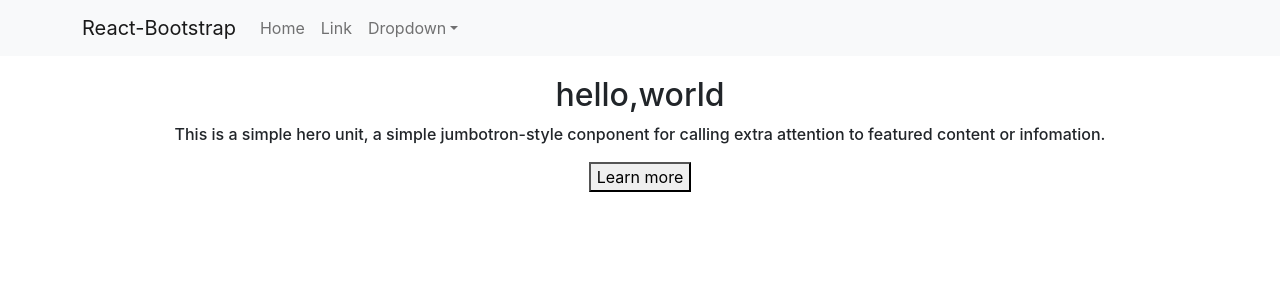
Repository: sonchangdo/mokdong
Page: / (app in shop/)
An editor plug-in stored every save of this project. The page is shown before and after the next save, followed by the edit.
The browser window is 1280 px wide. The pictures show the whole page.
The project was rebuilt for these pictures with package versions that can differ from the ones it lists, and the page was loaded fresh each time.

Above is the page before, as saved 2022-01-10 12:25:14.

After the next save:
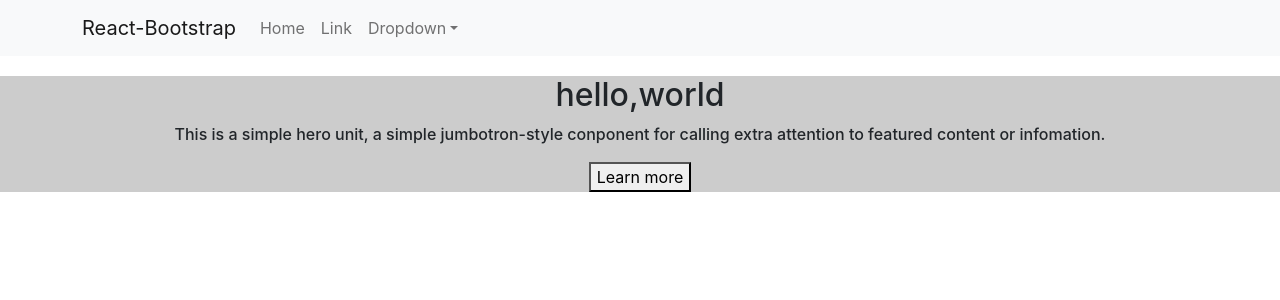
Saved 27 s later.
--- a/shop/src/App.css
+++ b/shop/src/App.css
@@ -9,6 +9,7 @@
 
 .jumbotron{
   margin:20px 0;
+  background:#ccc;
 }
 
 .jumbotron > p:nth-child(1){
